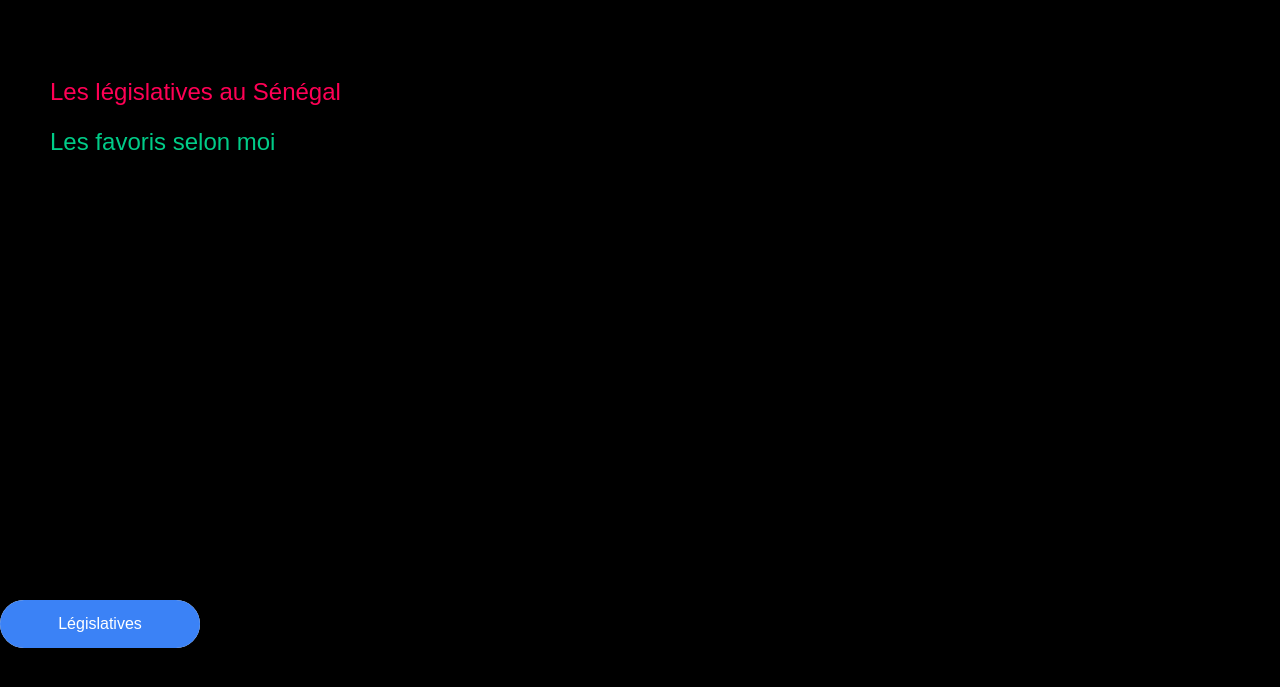
Repository: MDiouf9/legislatives
Page: /
An editor plug-in stored every save of this project. The page is shown before and after the next save, followed by the edit.
The browser window is 1280 px wide. The pictures show the whole page.
The project was rebuilt for these pictures with package versions that can differ from the ones it lists, and the page was loaded fresh each time. The framework's server and built-in components were replaced by stand-ins that run in the browser. Also part of the build but not shown: next.config.ts.

Above is the page before, as saved 2024-10-31 23:28:03.

After the next save:
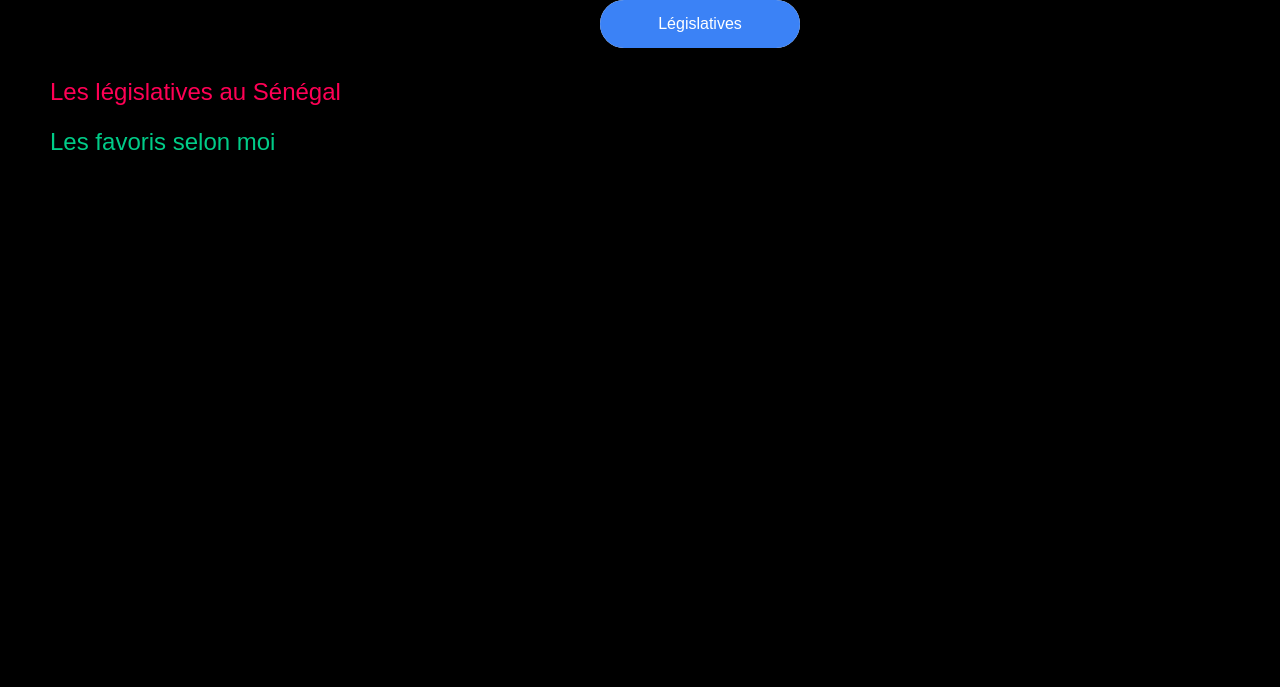
Saved 6 s later.
--- a/src/app/page.tsx
+++ b/src/app/page.tsx
@@ -9,7 +9,7 @@ export default function Page() {
   return (
 
 
-  <div  className="">
+  <div  className="flex">
    <Text/>
 
    <div className="max-w-md ">
